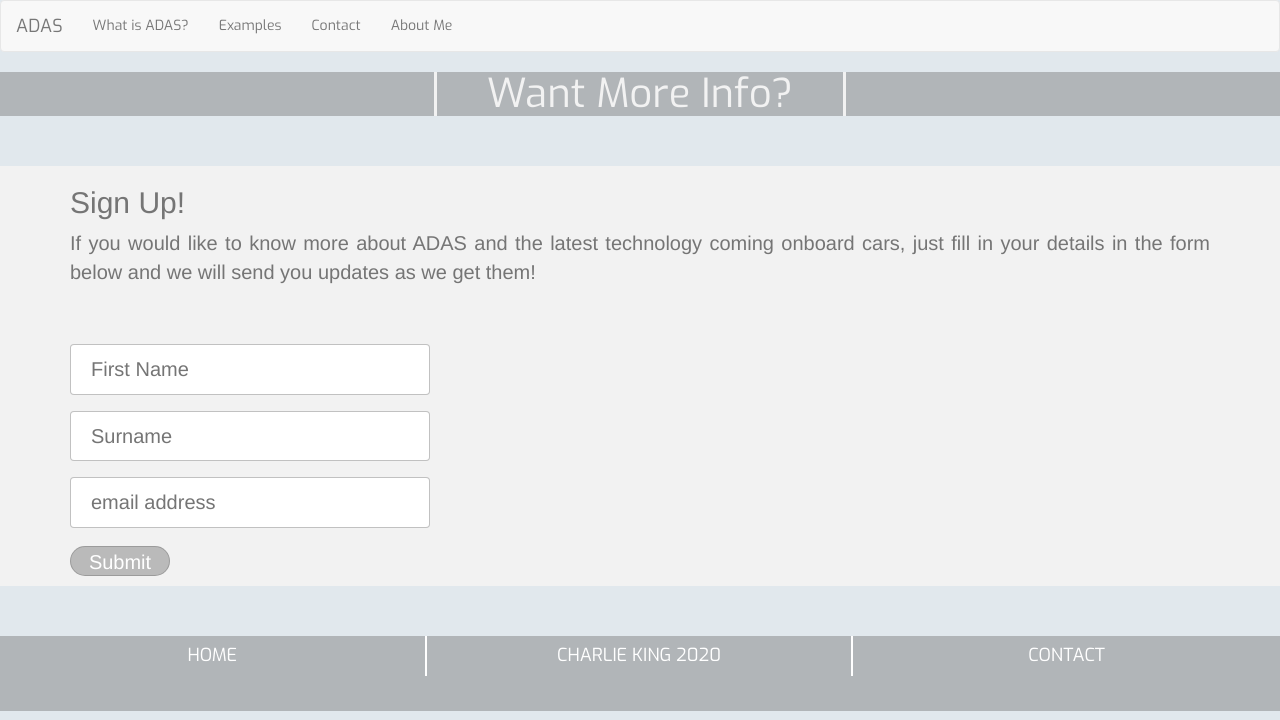
Repository: Cha-K28/First-Milestone-Project
Page: contact.html
The author's editor kept a record of every edit. The page is drawn from the files as they stood at one moment, then again after the next edit.
The browser window is 1280 px wide. The pictures show the whole page.
Some web libraries are served in a nearby version.

Above is the page before.

After the next edit:
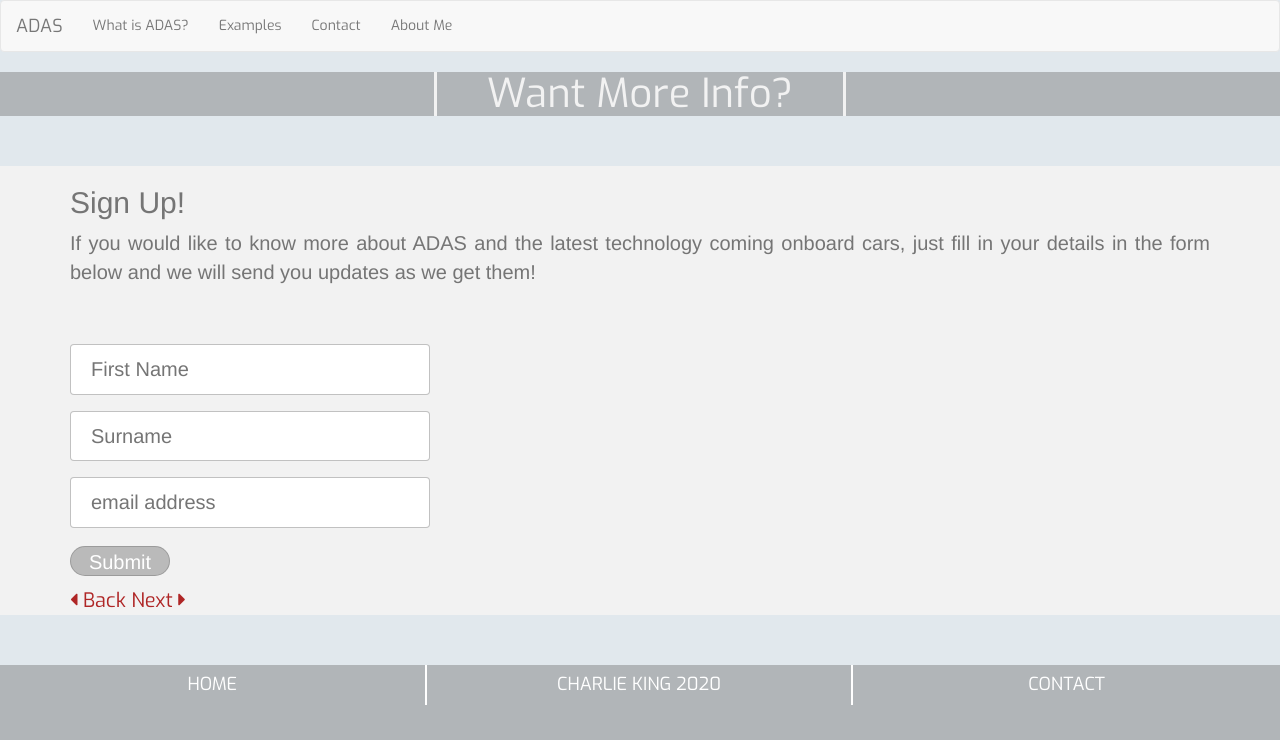
The edit:
--- a/contact.html
+++ b/contact.html
@@ -73,6 +73,15 @@
             </div>
 
 
+                <div>
+
+                    <a href="examples.html" class="red-color"><i class="fas fa-caret-left"></i> Back </a>
+                    <a href="contact.html" class="red-color">Next <i class="fas fa-caret-right"></i></a>
+
+                </div>
+            </div>
+
+
         </div>
     </div>
 
